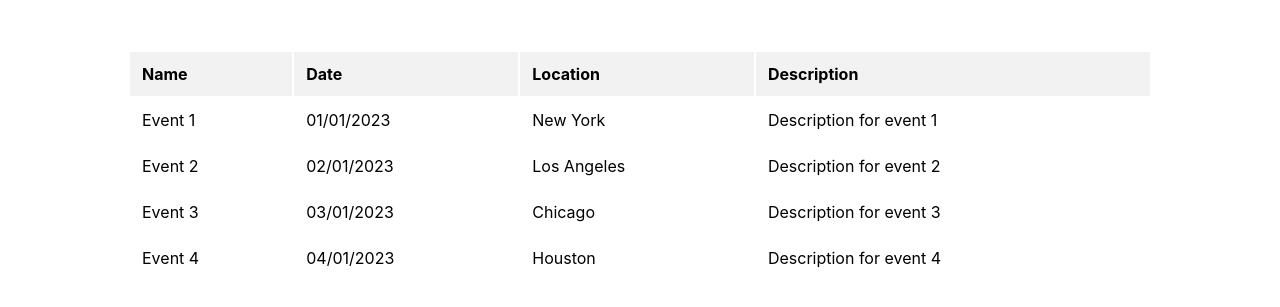
Repository: TauqeerHusain/Assignment
Page: /
An editor plug-in stored every save of this project. The page is shown before and after the next save, followed by the edit.
The browser window is 1280 px wide. The pictures show the whole page.
The project was rebuilt for these pictures with package versions that can differ from the ones it lists, and the page was loaded fresh each time.

Above is the page before, as saved 2023-02-06 21:59:05.

### src/App.js
import React, { useState } from "react";

const App = () => {
  const [events, setEvents] = useState([
    {
      name: "Event 1",
      date: "01/01/2023",
      location: "New York",
      description: "Description for event 1",
    },
    {
      name: "Event 2",
      date: "02/01/2023",
      location: "Los Angeles",
      description: "Description for event 2",
    },
    {
      name: "Event 3",
      date: "03/01/2023",
      location: "Chicago",
      description: "Description for event 3",
    },
    {
      name: "Event 4",
      date: "04/01/2023",
      location: "Houston",
      description: "Description for event 4",
    },
  ]);

  return (
    <div style={{ display: "flex", justifyContent: "center" }}>
      <table style={{ width: "80%", marginTop: "50px", textAlign: "left" }}>
        <thead>
          <tr style={{ backgroundColor: "#f2f2f2" }}>
            <th style={{ padding: "12px" }}>Name</th>
            <th style={{ padding: "12px" }}>Date</th>
            <th style={{ padding: "12px" }}>Location</th>
            <th style={{ padding: "12px" }}>Description</th>
          </tr>
        </thead>
        <tbody>
          {events.map((event) => (
            <tr key={event.name} style={{ backgroundColor: "#fff" }}>
              <td style={{ padding: "12px" }}>{event.name}</td>
              <td style={{ padding: "12px" }}>{event.date}</td>
              <td style={{ padding: "12px" }}>{event.location}</td>
              <td style={{ padding: "12px" }}>{event.description}</td>
            </tr>
          ))}
        </tbody>
      </table>
    </div>
  );
};

export default App;

Loaded but not shown: public/index.html (common file); src/index.js (common file); src/index.css (common file); src/reportWebVitals.js (common file)

After the next save:
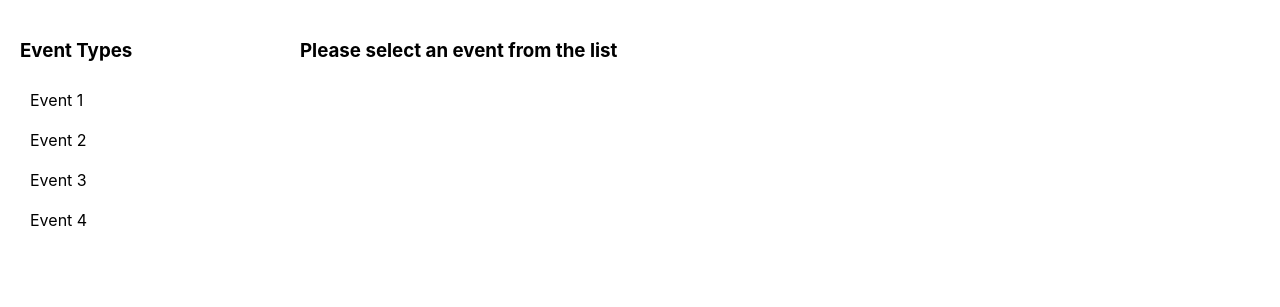
Saved 5 min 53 s later.
--- a/src/App.js
+++ b/src/App.js
@@ -28,28 +28,49 @@ const App = () => {
     },
   ]);
 
+  const [selectedEvent, setSelectedEvent] = useState(null);
+
+  const closeTab = () => {
+    setSelectedEvent(null);
+  };
+
   return (
     <div style={{ display: "flex", justifyContent: "center" }}>
-      <table style={{ width: "80%", marginTop: "50px", textAlign: "left" }}>
-        <thead>
-          <tr style={{ backgroundColor: "#f2f2f2" }}>
-            <th style={{ padding: "12px" }}>Name</th>
-            <th style={{ padding: "12px" }}>Date</th>
-            <th style={{ padding: "12px" }}>Location</th>
-            <th style={{ padding: "12px" }}>Description</th>
-          </tr>
-        </thead>
-        <tbody>
+      <div style={{ width: "20%", padding: "20px" }}>
+        <h3>Event Types</h3>
+        <ul style={{ listStyleType: "none", padding: 0 }}>
           {events.map((event) => (
-            <tr key={event.name} style={{ backgroundColor: "#fff" }}>
-              <td style={{ padding: "12px" }}>{event.name}</td>
-              <td style={{ padding: "12px" }}>{event.date}</td>
-              <td style={{ padding: "12px" }}>{event.location}</td>
-              <td style={{ padding: "12px" }}>{event.description}</td>
-            </tr>
+            <li
+              key={event.name}
+              style={{ padding: "10px", cursor: "pointer" }}
+              onClick={() => setSelectedEvent(event)}
+            >
+              {event.name}
+            </li>
           ))}
-        </tbody>
-      </table>
+        </ul>
+      </div>
+      <div style={{ width: "80%", padding: "20px" }}>
+        {selectedEvent ? (
+          <div
+            style={{
+              display: "flex",
+              justifyContent: "space-between",
+              alignItems: "center",
+            }}
+          >
+            <h3>{selectedEvent.name}</h3>
+            <div onClick={closeTab} style={{ cursor: "pointer" }}>
+              x
+            </div>
+            <p>Date: {selectedEvent.date}</p>
+            <p>Location: {selectedEvent.location}</p>
+            <p>Description: {selectedEvent.description}</p>
+          </div>
+        ) : (
+          <h3>Please select an event from the list</h3>
+        )}
+      </div>
     </div>
   );
 };
